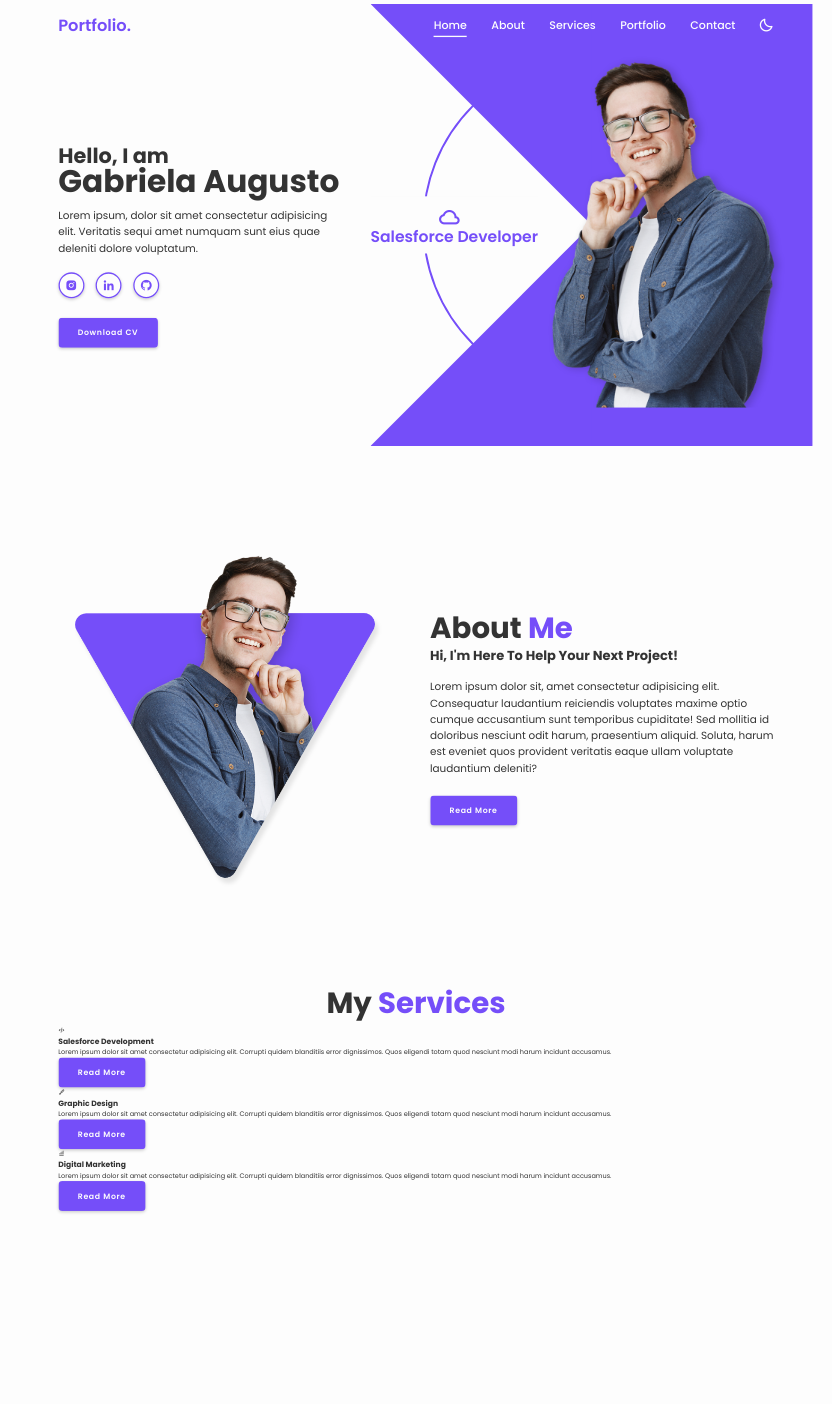
Repository: Gabi-Augusto/Portfolio
Page: index.html
These files come from the project's save history. The page is drawn as it stood at one moment and after the next save; the edit follows.
The browser window is 1280 px wide. The pictures show the whole page, at 65% of full size.

Above is the page before, as saved 2023-11-29 16:00:21.

### index.html
<!DOCTYPE html>
<html lang="en">

<head>
    <meta charset="UTF-8">
    <meta http-equiv="X-UA-Compatible" content="IE=edge">
    <meta name="viewport" content="width=device-width, initial-scale=1.0">
    <title>Portfolio Website Design | Gabriela Augusto</title>

    <!-- swiper css -->
    <link rel="stylesheet" href="https://cdn.jsdelivr.net/npm/swiper@9/swiper-bundle.min.css" />

    <!-- box icons -->
    <link href='https://unpkg.com/boxicons@2.1.4/css/boxicons.min.css' rel='stylesheet'>

    <!-- custom css -->
    <link rel="stylesheet" href="css/style.css">
</head>

<body>

    <!-- header design -->
    <header class="header">
        <a href="#" class="logo">Portfolio.</a>

        <nav class="navbar">
            <a href="#home" class="active">Home</a>
            <a href="#about">About</a>
            <a href="#services">Services</a>
            <a href="#portfolio">Portfolio</a>
            <a href="#contact">Contact</a>
        </nav>

        <div class="bx bx-moon" id="darkMode-icon"></div>
    </header>

    <!-- home section design -->
    <section class="home" id="home">
        <div class="home-content">
            <h3>Hello, I am</h3>
            <h1>Gabriela Augusto</h1>
            <p>Lorem ipsum, dolor sit amet consectetur adipisicing elit. Veritatis sequi amet numquam sunt eius quae deleniti dolore voluptatum.</p>

            <div class="social-media">
                <a href="#"><i class='bx bxl-instagram-alt'></i></a>
                <a href="#"><i class='bx bxl-linkedin' ></i></a>
                <a href="#"><i class='bx bxl-github' ></i></a>
            </div>

            <a href="#" class="btn">Download CV</a>
        </div>

        <div class="profession-container">
            <div class="profession-box">
                <div class="profession" style="--i:0;">
                    <i class='bx bx-cloud'></i>
                    <h3>Salesforce Developer</h3>
                </div>
                <div class="profession" style="--i:1;">
                    <i class='bx bx-bulb'></i>
                    <h3>Business Analyst</h3>
                </div>
                <div class="profession" style="--i:2;">
                    <i class='bx bx-palette'></i>
                    <h3>Web Designer</h3>
                </div>
                <div class="profession" style="--i:3;">
                    <i class='bx bx-code-alt' ></i>
                    <h3>FullStack Developer</h3>
                </div>
                <div class="circle"></div>
            </div>
            <div class="overlay"></div>
        </div>
        <div class="home-img">
            <img src="imagens/home.png" alt="">
        </div>
    </section>

    <!-- about section design -->

    <section class="about" id="about">
        <div class="about-img">
            <img src="imagens/about.png" alt="">
        </div>

        <div class="about-content">
            <h2 class="heading">About <span>Me</span></h2>
            <h3>Hi, I'm Here To Help Your Next Project!</h3>
            <p>Lorem ipsum dolor sit, amet consectetur adipisicing elit. Consequatur laudantium reiciendis voluptates maxime optio cumque accusantium sunt temporibus cupiditate! Sed mollitia id doloribus nesciunt odit harum, praesentium aliquid. Soluta, harum est eveniet quos provident veritatis eaque ullam voluptate laudantium deleniti?</p>
            <a href="#" class="btn">Read More</a>
        </div>
    </section>

    <!-- services section design -->

    <section class="services" id="services">
        <h2 class="heading">My <span>Services</span></h2>

        <div class="services-container">
            <div class="services-box">
                <i class='bx bx-code-alt' ></i>
                <h3>Salesforce Development</h3>
                <p>Lorem ipsum dolor sit amet consectetur adipisicing elit. Corrupti quidem blanditiis error dignissimos. Quos eligendi totam quod nesciunt modi harum incidunt accusamus.</p>
                <a href="#" class="btn">Read More</a>
            </div>
            <div class="services-box">
                <i class='bx bxs-paint'></i>
                <h3>Graphic Design</h3>
                <p>Lorem ipsum dolor sit amet consectetur adipisicing elit. Corrupti quidem blanditiis error dignissimos. Quos eligendi totam quod nesciunt modi harum incidunt accusamus.</p>
                <a href="#" class="btn">Read More</a>
            </div>
            <div class="services-box">
                <i class='bx bx-bar-chart-alt'></i>
                <h3>Digital Marketing</h3>
                <p>Lorem ipsum dolor sit amet consectetur adipisicing elit. Corrupti quidem blanditiis error dignissimos. Quos eligendi totam quod nesciunt modi harum incidunt accusamus.</p>
                <a href="#" class="btn">Read More</a>
            </div>
        </div>
    </section>

    <!-- portfolio section design -->

    <!-- testimonial design -->

    <!-- contact section design -->

    <!-- footer design -->


    <!-- scroll reveal -->
    <script src="https://unpkg.com/scrollreveal"></script>

    <!-- swiper js -->
    <script src="https://cdn.jsdelivr.net/npm/swiper@9/swiper-bundle.min.js"></script>

    <!-- custom js -->
    <script src="js/script.js"></script>
</body>

</html>

### css/style.css
@import url('https://fonts.googleapis.com/css2?family=Poppins:wght@300;400;500;600;700;800;900&display=swap');

* {
    margin: 0;
    padding: 0;
    box-sizing: border-box;
    text-decoration: none;
    border: none;
    outline: none;
    scroll-behavior: smooth;
    font-family: 'Poppins', sans-serif;
}

:root {
    --bg-color: #fdfdfd;
    --text-color: #333;
    --main-color: #754ef9;
    --white-color: #fdfdfd;
    --shadow-color: rgba(0, 0, 0, .2);
}

html {
    font-size: 62.5%;
    overflow-x: hidden;
}

body {
    background: var(--bg-color);
    color: var(--text-color);
}

.header {
    position: fixed;
    top: 0;
    left: 0;
    width: 100%;
    padding: 2rem 7%;
    background: transparent;
    display: flex;
    align-items: center;
    z-index: 100;
    transition: .5s;
}

.header.sticky {
    background: var(--bg-color);
    box-shadow: 0 .1rem 1rem var(--shadow-color);
}

.logo {
    font-size: 2.5rem;
    color: var(--main-color);
    font-weight: 600;
    cursor: default;
    margin-right: auto;
}

.navbar a {
    position: relative;
    font-size: 1.7rem;
    color: var(--white-color);
    font-weight: 500;
    margin-right: 3.5rem;
}

.header.sticky .navbar a {
    color: var(--text-color);
}

.header.sticky .navbar a.active {
    color: var(--main-color);
}

.navbar a.active::before{
    content: '';
    position: absolute;
    left: 0;
    bottom: -6px;
    width: 100%;
    height: .2rem;
    background: var(--white-color);
}

.header.sticky .navbar a::before {
    background: var(--main-color);
    opacity: .7;
}

#darkMode-icon {
    font-size: 2.4rem;
    color: var(--white-color);
    cursor: pointer;
}

.header.sticky #darkMode-icon{
    color: var(--text-color);
    opacity: .9;
}

section {
    min-height: 100vh;
    padding: 7rem 7% 2rem;
}

.home {
    display: flex;
    align-items: center;
}

.home .home-content {
    max-width: 44rem;
}

.home-content h3 {
    font-size: 3.2rem;
    font-weight: 700;
    line-height: .3;
}

.home-content h1 {
    font-size: 4.8rem;
    font-weight: 700;
    margin-bottom: .3rem;
}

.home-content p {
    font-size: 1.6rem;
}

.home-content .social-media a {
    display: inline-flex;
    justify-content: center;
    align-items: center;
    width: 4rem;
    height: 4rem;
    background: transparent;
    border: .2rem solid var(--main-color);
    border-radius: 50%;
    box-shadow: 0 .2rem .5rem  var(--shadow-color);
    font-size: 2rem;
    color: var(--main-color);
    margin: 2.5rem 1.5rem 3rem 0;
    transition: .5s ease;
}

.home-content .social-media a:hover {
    background: var(--main-color);
    color: var(--white-color);
}

.btn {
    display: inline-block;
    padding: 1.2rem 2.8rem;
    background: var(--main-color);
    border-radius: .6rem;
    box-shadow: 0 .2rem .5rem var(--shadow-color);
    font-size: 1.2rem;
    color: var(--white-color);
    letter-spacing: .1rem;
    font-weight: 600;
    border: .2rem solid transparent;
    transition: .5s ease;
}

.btn:hover {
    background: transparent;
    color: var(--main-color);
    border-color: var(--main-color);
}

.home .profession-container {
    position: absolute;
    top: 48%;
    right: 30px;
    transform: translateY(-50%);
    width: 680px;
    height: 680px;
    overflow: hidden;
    pointer-events: none;
}

.home .profession-container .profession-box {
    position: absolute;
    top: 0;
    right: 0;
    width: 680px;
    height: 680px;
    border-radius: 50%;
    display: flex;
    justify-content: center;
    align-items: center;
}

.home .profession-box .profession {
    position: absolute;
    left: 0;
    display: flex;
    align-items: center;
    flex-direction: column;
    color: var(--main-color);
    transform: rotate(calc(360deg / 4 * var(--i)));
    transform-origin: 340px;
    background: var(--bg-color);
    padding: 13px 0;
}

.home .profession-box .profession:nth-child(1) i {
    margin-right: 15px;
}

.home .profession-box .profession:nth-child(2),
.home .profession-box .profession:nth-child(4) {
    padding-bottom: 20px;
}

.home .profession i {
    font-size: 3.8rem;
}

.home .profession h3 {
    font-size: 2.4rem;
    line-height: 1;
    font-weight: 600;
}

.home .profession-box .circle {
    width: 520px;
    height: 520px;
    border: 3px solid var(--main-color);
    border-radius: 50%;
}

.home .profession-container .overlay {
    position: absolute;
    top: 0;
    right: 0;
    width: 0;
    height: 0;
    border-top: 340px solid var(--main-color);
    border-right: 340px solid var(--main-color);
    border-bottom: 340px solid var(--main-color);
    border-left: 340px solid transparent;
}

.home-img img {
    position: absolute;
    bottom: 0;
    top: 83px;
    right: 70px;
    width: 29%;
    pointer-events: none;
}

span {
    color: var(--main-color);
}

.about {
    display: flex;
    justify-content: center;
    align-items: center;
    gap: 6rem;
}

.about-img img {
    width: 40vw;
}

.heading {
    font-size: 4.5rem;
    text-align: center;
}

.about-content h2 {
    text-align: left;
    line-height: 1.2;
}

.about-content h3 {
    font-size: 2rem;
}

.about-content p {
    font-size: 1.6rem;
    margin: 2rem 0 3rem;
}

### js/script.js
/*========== menu icon navbar ==========*/
let menuIcon = document.querySelector('#menu-icon');
let navbar = document.querySelector('.navbar');


/*========== scroll sections active link ==========*/
let sections = document.querySelectorAll('section');
let navLinks = document.querySelectorAll('header nav a');

window.onscroll = () => {
    /*========== sticky navbar ==========*/
    let header = document.querySelector('.header');

    header.classList.toggle('sticky', window.scrollY > 100);
    /*========== remove menu icon navbar when click navbar link (scroll) ==========*/
};


/*========== swiper ==========*/


/*========== dark light mode ==========*/


/*========== scroll reveal ==========*/

After the next save:
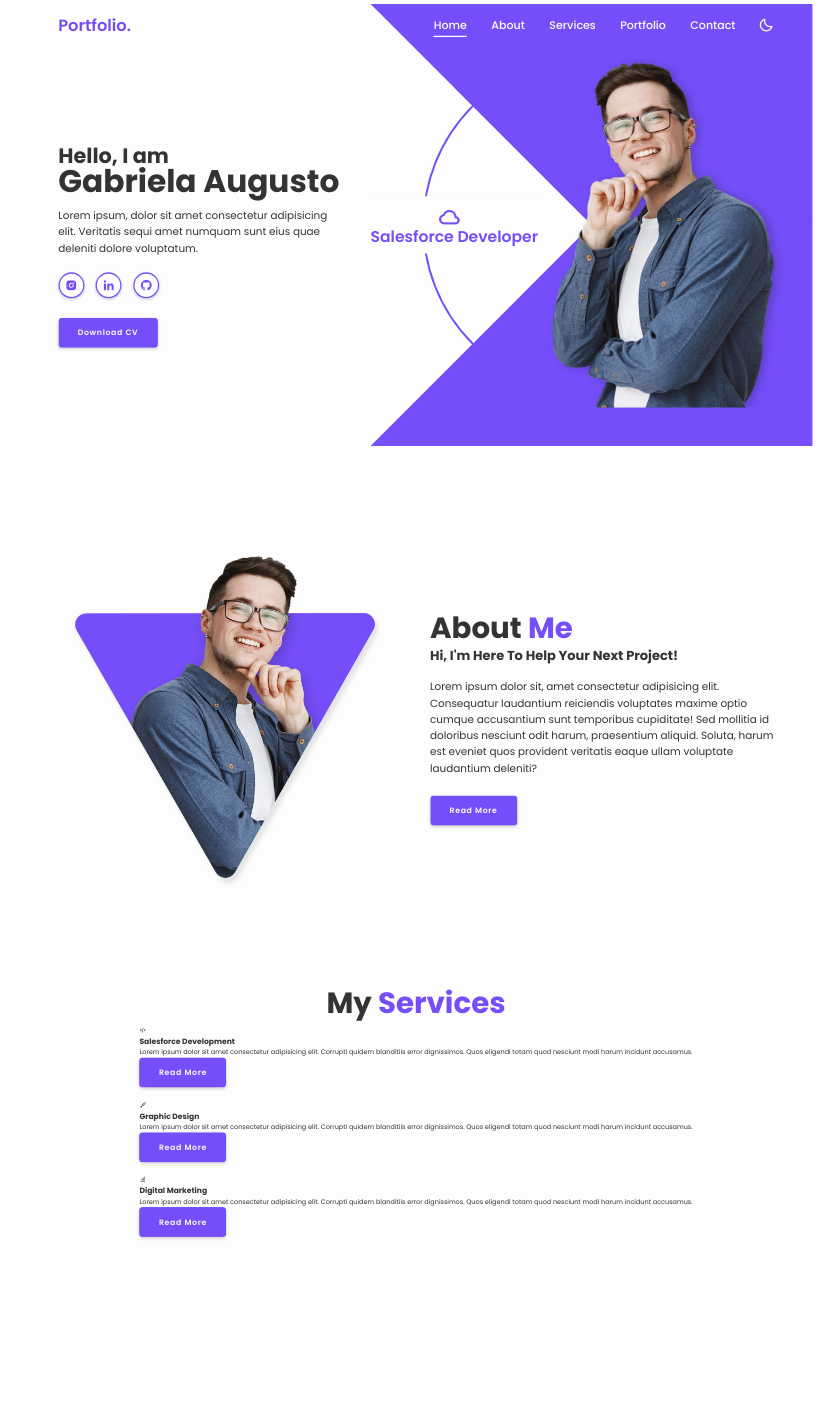
Saved 2 min 12 s later.
--- a/css/style.css
+++ b/css/style.css
@@ -284,3 +284,11 @@ span {
     font-size: 1.6rem;
     margin: 2rem 0 3rem;
 }
+
+.services .services-container {
+    display: flex;
+    justify-content: center;
+    align-items: center;
+    flex-wrap: wrap;
+    gap: 2rem;
+}
